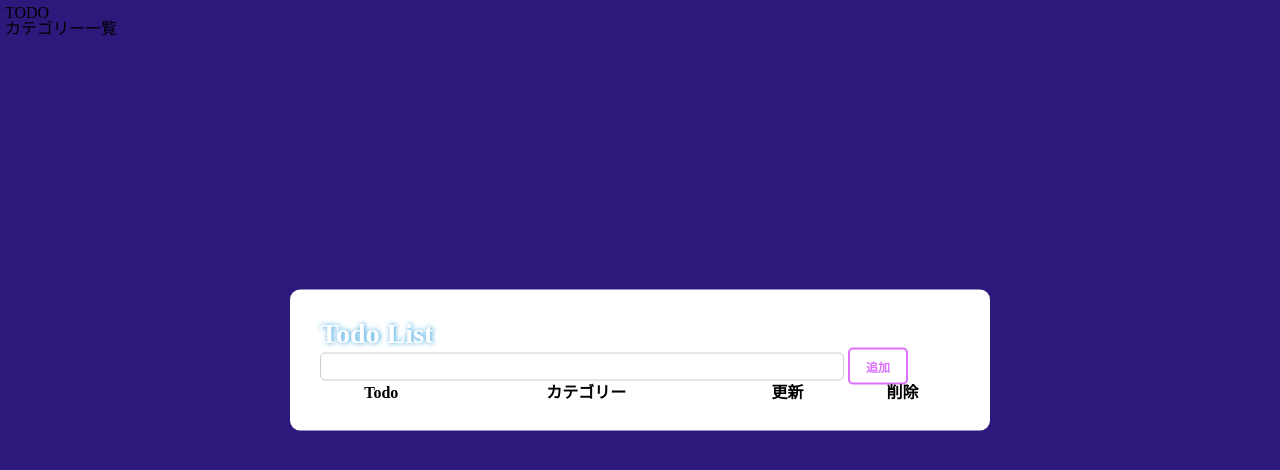
Repository: azuma2/cate
Page: http://localhost/
The author's editor kept a copy of each file at every save. The page is drawn from the files as they stood at one save, then again after a run of saves.
The browser window is 1280 px wide. The pictures show the whole page.
The page is served by the project's Laravel application, run on PHP 8.4 with Laravel 8. Queries for data that is not in the repository find no rows.

Above is the page before, as saved 2022-05-17 02:36:08.

After the next 3 saves:
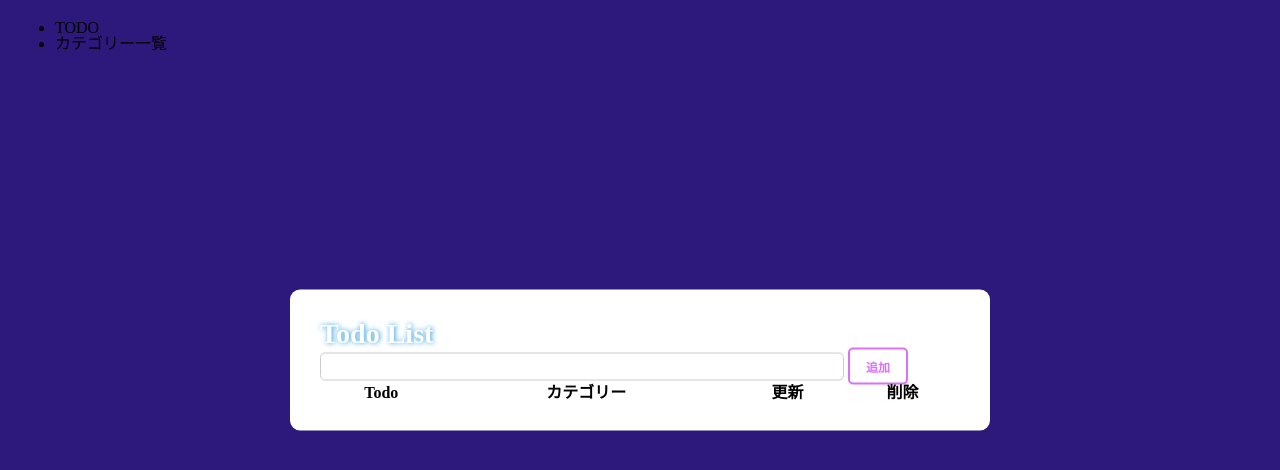
The 3 saves are shown as one change because they came seconds apart.
The last was saved 54 s later.
--- a/resources/views/index.blade.php
+++ b/resources/views/index.blade.php
@@ -12,6 +12,12 @@
       margin: 5px;
       background-color: #2d197c;
     }
+
+header{
+  margin-left:50px;
+  margin-top:20px;
+}
+
 
     td {
       padding: 5px 10px;
